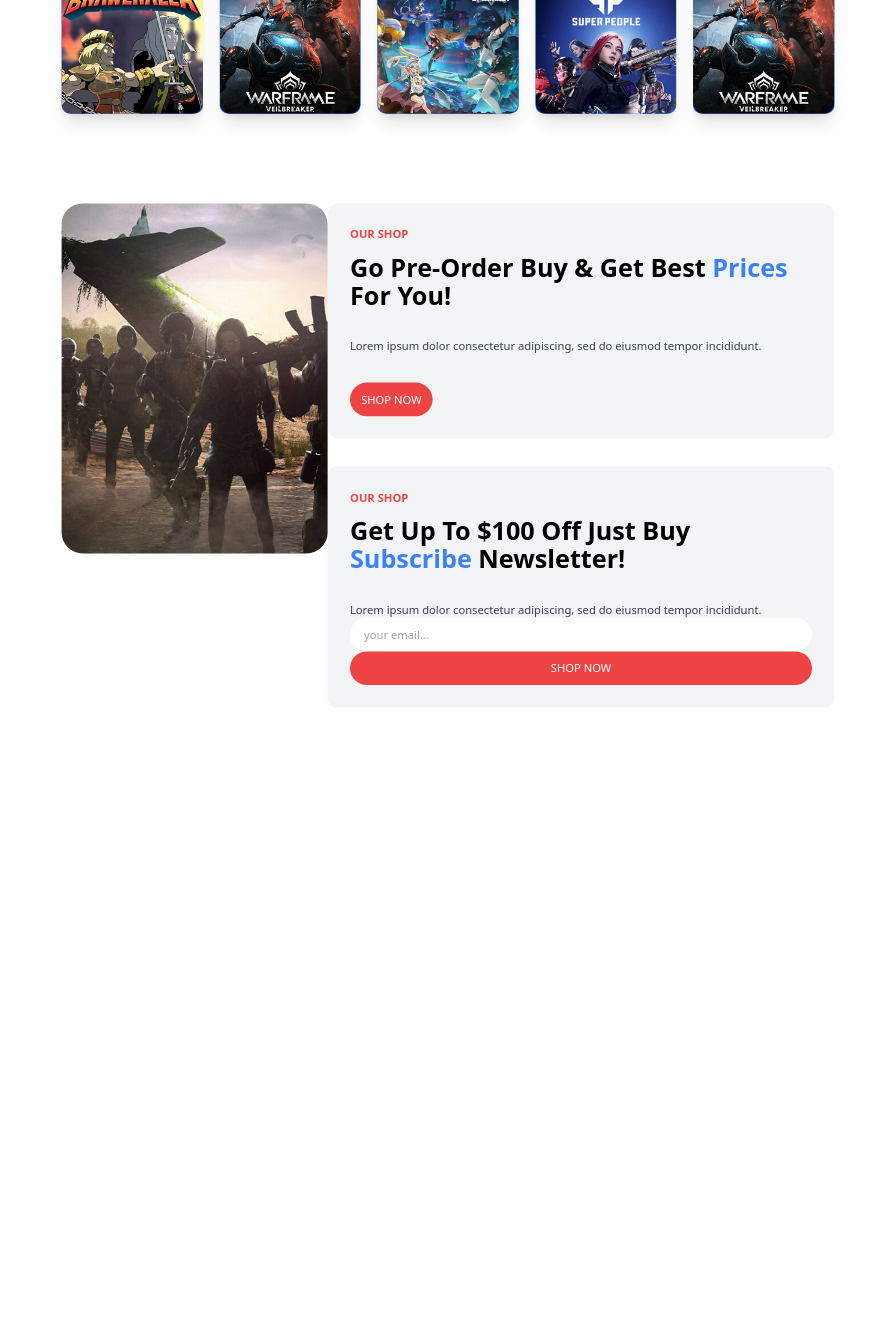
Repository: SERPENTX03/Clone-Lugx-Gaming
Page: /
The author's editor kept a copy of each file at every save. The page is drawn from the files as they stood at one save, then again after the next save.
The browser window is 1280 px wide. The pictures show the part of the page from y = 2531 to 4451 px (the page is 4550 px tall before and 4562 px after), at 70% of full size.
The project was rebuilt for these pictures with package versions that can differ from the ones it lists, and the page was loaded fresh each time. The framework's server and built-in components were replaced by stand-ins that run in the browser. Also part of the build but not shown: next.config.ts.

Above is the page before, as saved 2025-03-04 21:43:08.

After the next save:
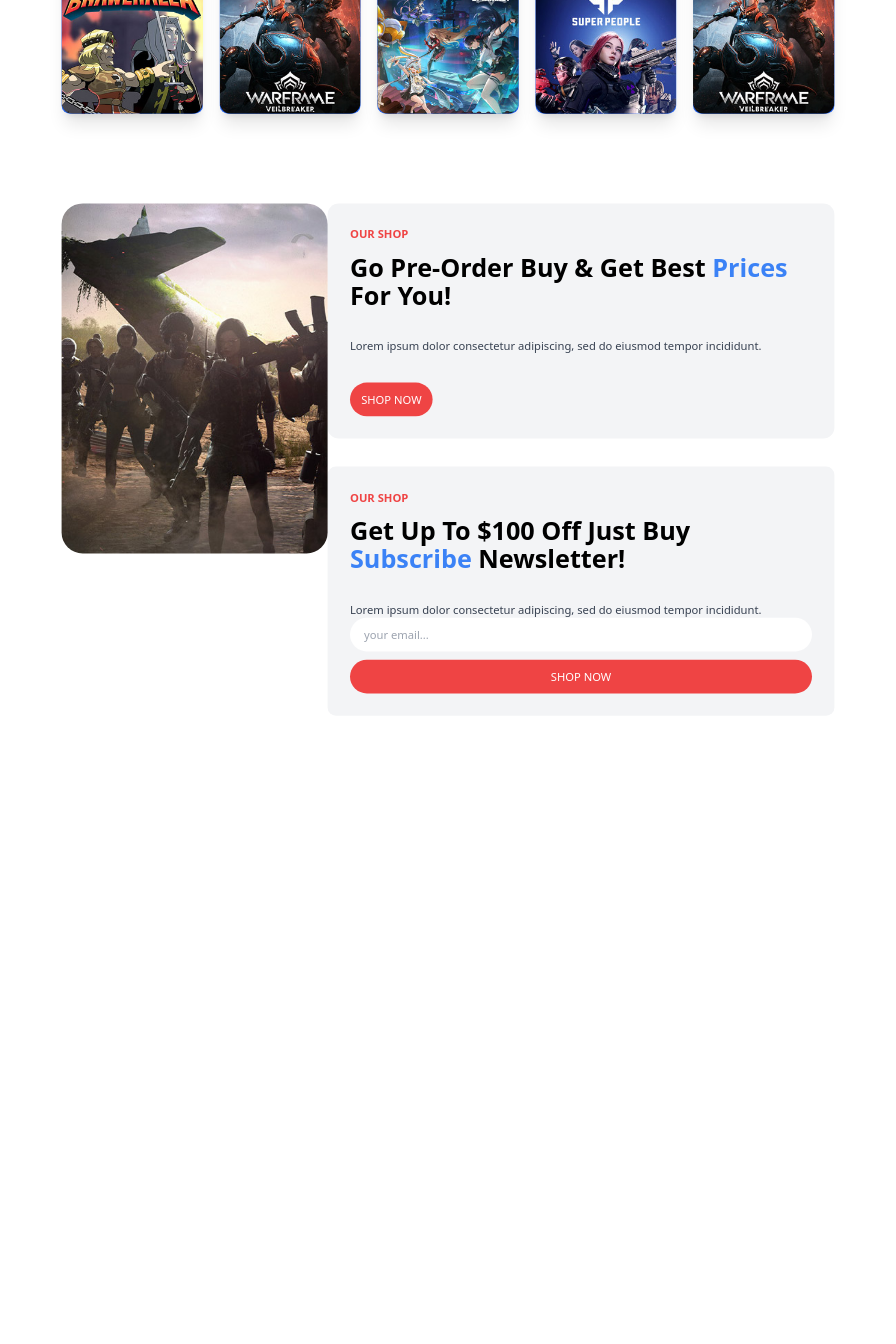
Saved 5 s later.
--- a/components/Subscribe.tsx
+++ b/components/Subscribe.tsx
@@ -35,7 +35,7 @@
             placeholder="your email..."
             type="text"
           />
-          <button className="py-3 px-4 w-full rounded-full bg-red-500 text-white">
+          <button className="py-3 px-4 w-full rounded-full mt-3 bg-red-500 text-white">
             SHOP NOW
           </button>
         </div>
